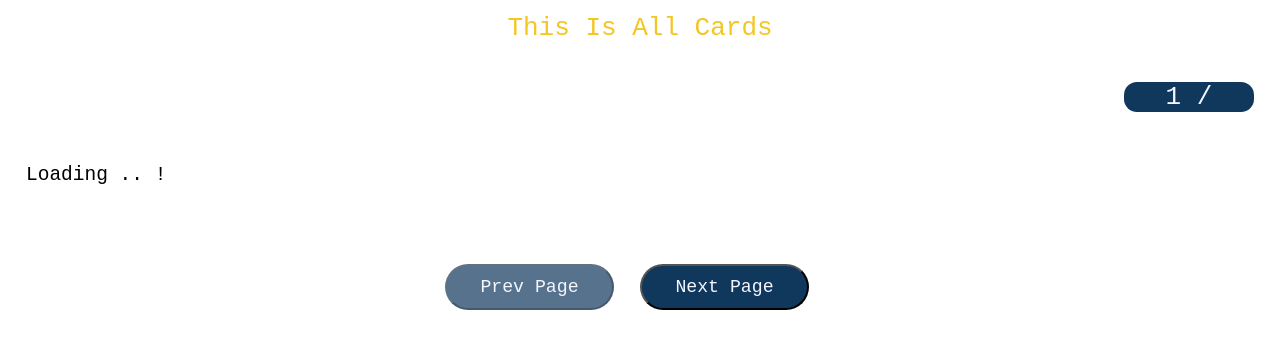
Repository: rehamtaher10/reactQueryTask
Page: /
These files come from the project's save history. The page is drawn as it stood at one moment and after the next save; the edit follows.
The browser window is 1280 px wide. The pictures show the whole page.
The pointer rests on the first visible `.buttons button`.
The page's requests for data from a server got no answer. The project was rebuilt for these pictures with package versions that can differ from the ones it lists, and the page was loaded fresh each time. No one was signed in, and anything a server would have sent is missing. Also part of the build but not shown: vite.config.js.

Above is the page before, as saved 2024-12-07 20:33:11.

After the next save:
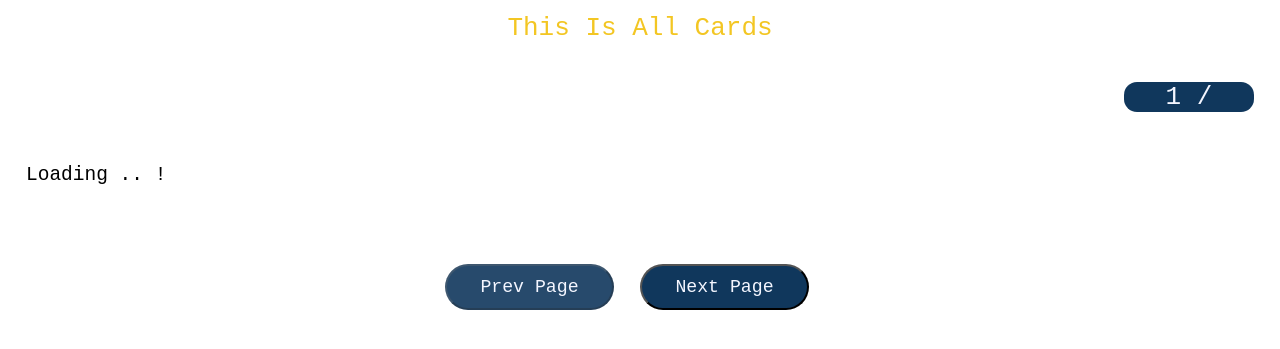
Saved 10 s later.
--- a/src/style/app.css
+++ b/src/style/app.css
@@ -78,5 +78,5 @@ h1{
     cursor: pointer;
 }
 .buttons button:hover{
-    background-color:rgba(16, 55, 92, .7) ;
+    background-color:rgba(16, 55, 92, .9) ;
 }
